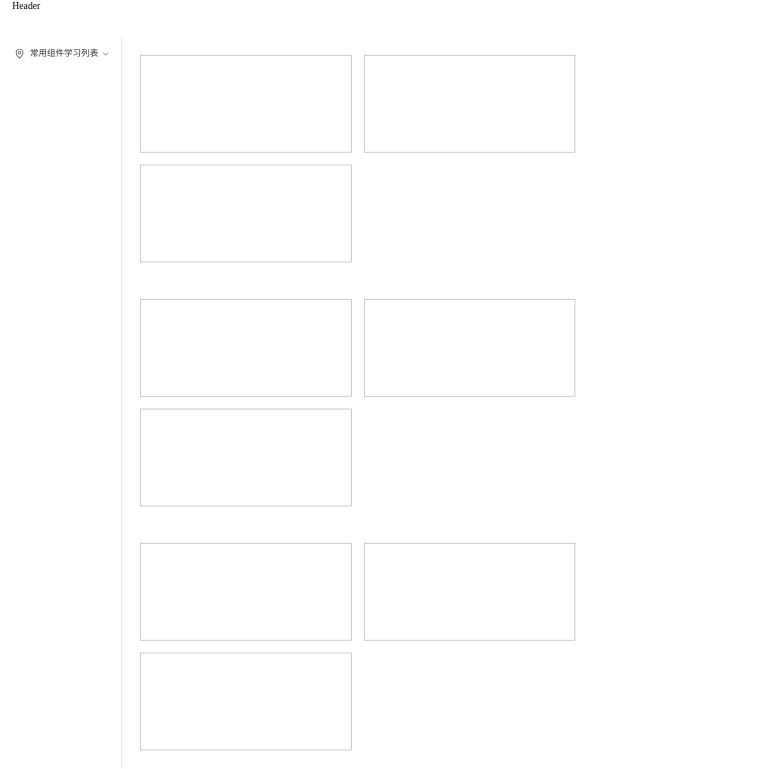
Repository: 553559555/vue3-project
Page: /#/index (app in vue3-app/)
These files come from the project's save history. The page is drawn as it stood at one moment and after the next save; the edit follows.
The browser window is 1280 px wide. The pictures show the whole page, at 61% of full size.
The project was rebuilt for these pictures with package versions that can differ from the ones it lists, and the page was loaded fresh each time. Also part of the build but not shown: vue3-app/vite.config.ts.

Above is the page before, as saved 2025-03-24 10:50:00.

After the next save:
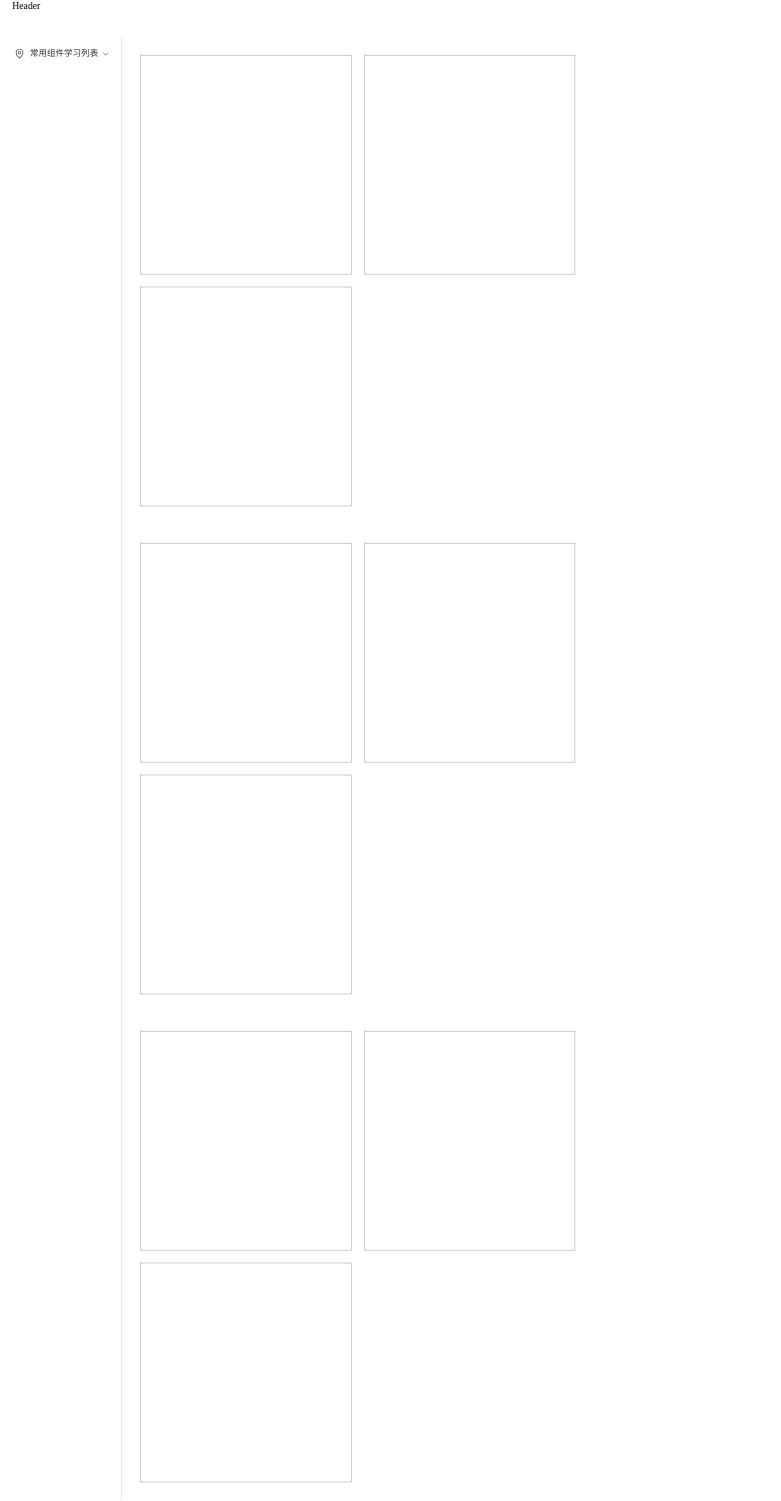
Saved 21 s later.
--- a/vue3-app/src/views/Home.vue
+++ b/vue3-app/src/views/Home.vue
@@ -51,7 +51,7 @@
 
   .row {
     padding: 20px;
-    height: 400px;
+    height: 800px;
 
     .el-col {
       margin: 10px;
